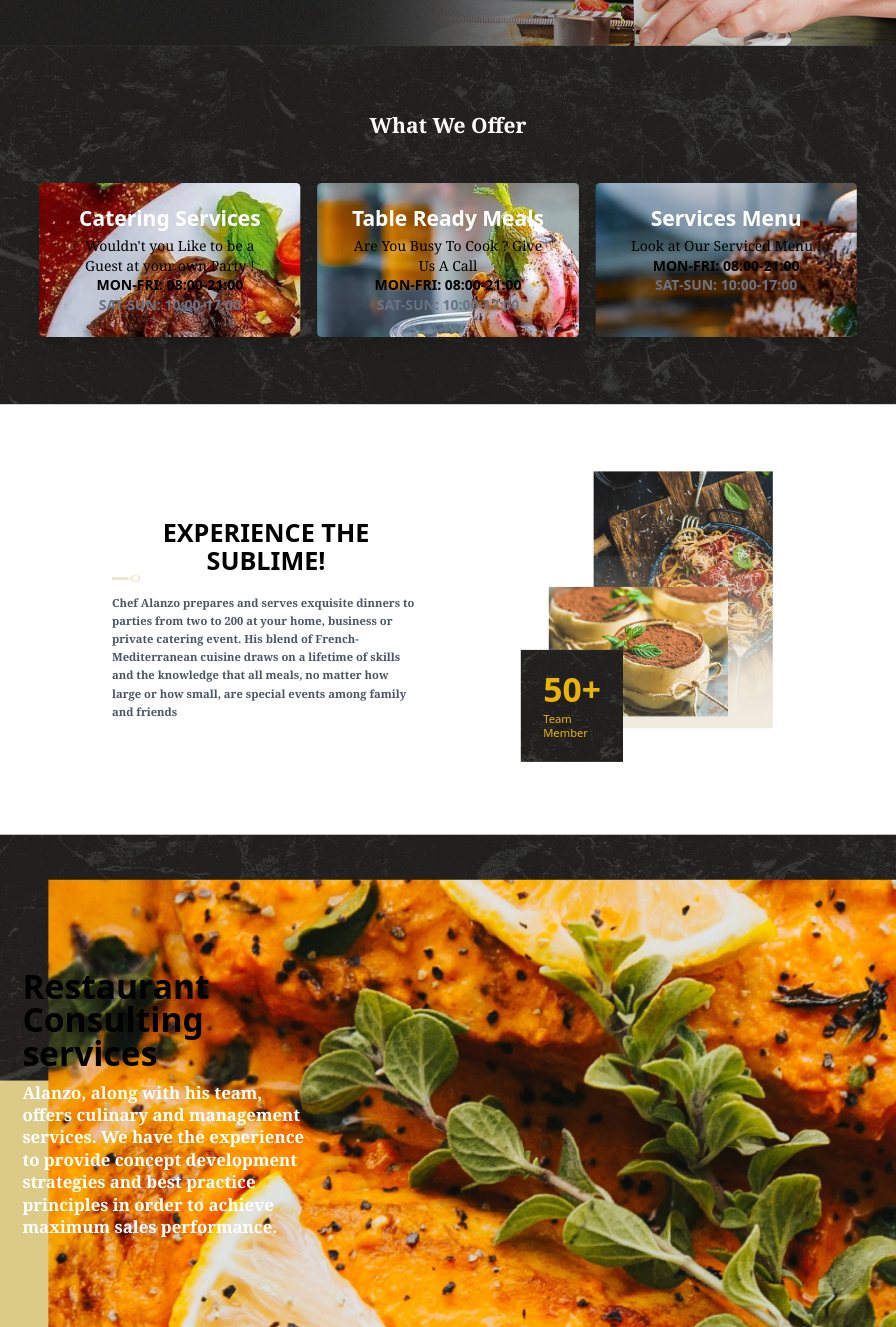
Repository: remydev47/alanzo
Page: /
The author's editor kept a copy of each file at every save. The page is drawn from the files as they stood at one save, then again after the next save.
The browser window is 1280 px wide. The pictures show the part of the page from y = 739 to 2659 px (the page is 2635 px tall before and 2659 px after), at 70% of full size.
The project was rebuilt for these pictures with package versions that can differ from the ones it lists, and the page was loaded fresh each time. The framework's server and built-in components were replaced by stand-ins that run in the browser. Also part of the build but not shown: next.config.js, components/Menu.tsx, components/Testimonials.tsx, components/CTA.tsx, components/Footer.tsx.

Above is the page before, as saved 2022-12-17 12:54:53.

After the next save:
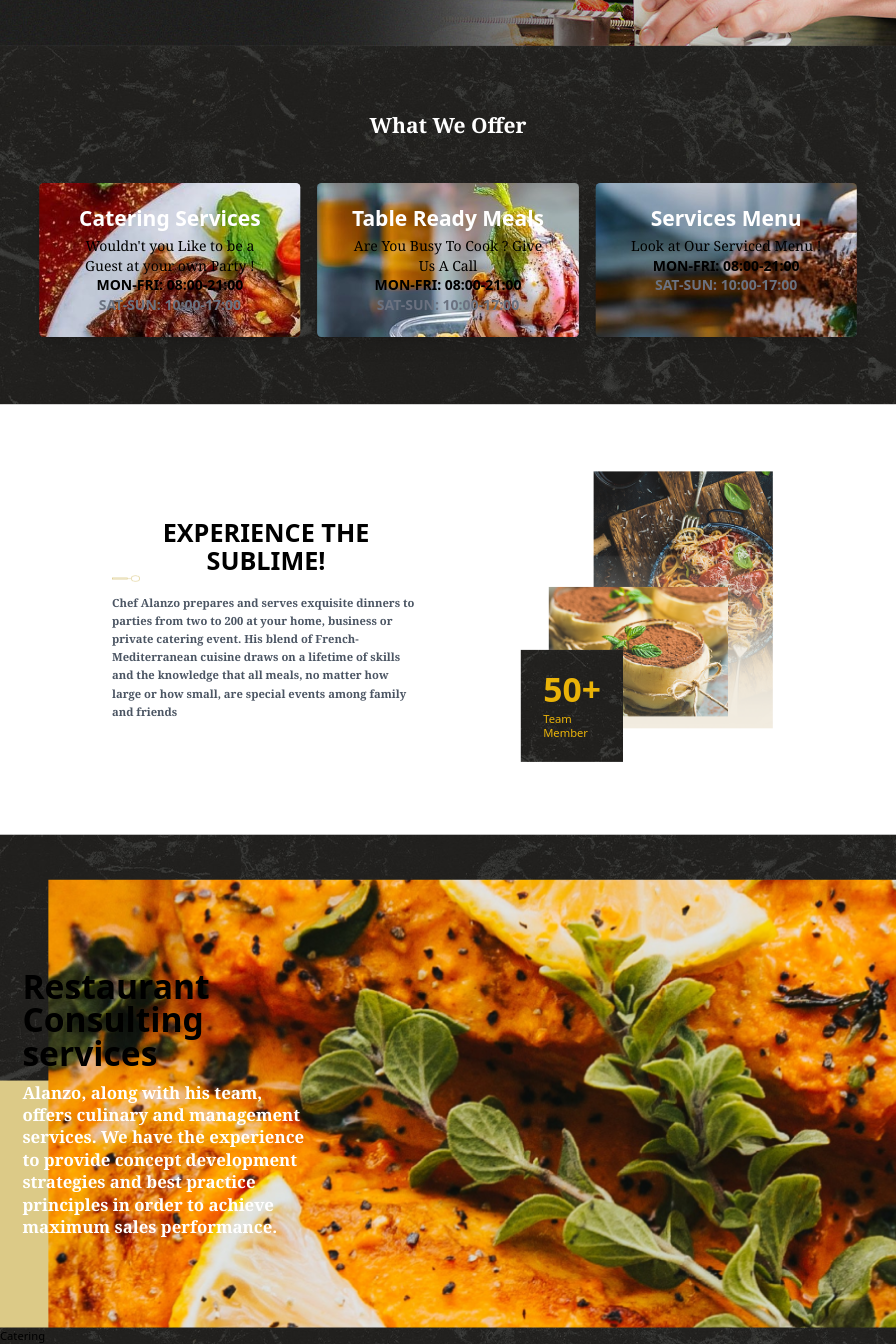
Saved 2 min 49 s later.
--- a/pages/index.tsx
+++ b/pages/index.tsx
@@ -1,7 +1,7 @@
 import type { NextPage } from 'next'
 import Head from 'next/head'
 import Image from 'next/image'
-import { Aboutus, Consulting, Hero, Services } from '../components'
+import { Aboutus, Catering, Consulting, Hero, Services } from '../components'
 import Navbar from '../components/Navbar'
 
 
@@ -17,6 +17,7 @@ const Home: NextPage = () => {
       <Services />
       <Aboutus />
       <Consulting />
+      <Catering/>
 
     </div>
   )
